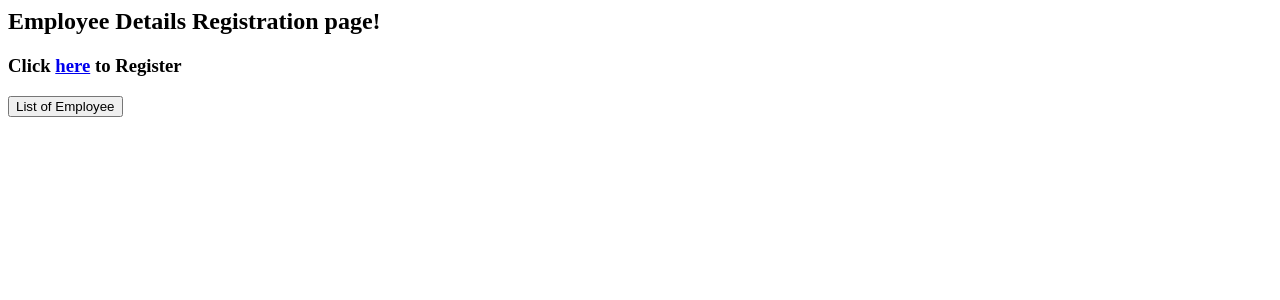
Repository: michelrenish/Spring_Programs
Page: http://localhost/web_mvc_emp/
The author's editor kept a copy of each file at every save. The page is drawn from the files as they stood at one save, then again after the next save.
The browser window is 1280 px wide. The pictures show the whole page.
The page is served by Tomcat 10.

Above is the page before, as saved 2024-11-10 10:47:27.

After the next save:
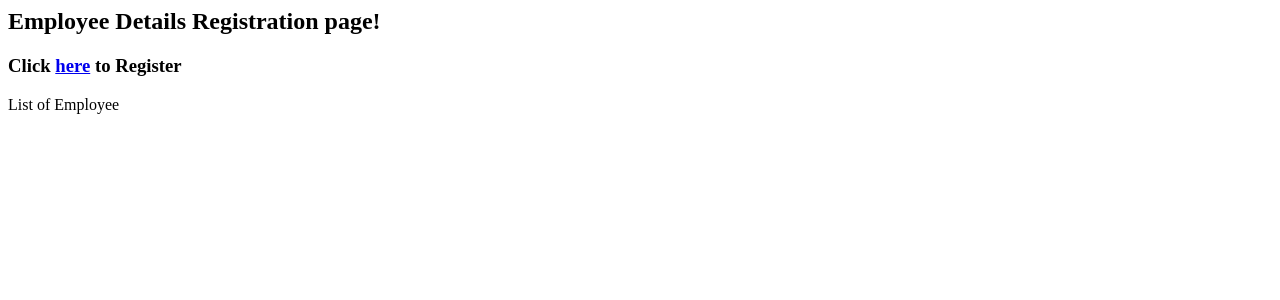
Saved 72 s later.
--- a/web_mvc_emp/src/main/webapp/index.jsp
+++ b/web_mvc_emp/src/main/webapp/index.jsp
@@ -2,8 +2,8 @@
 <body>
 <h2><%= "Employee Details Registration page!" %></h2>
 <h3>Click <a href="login">here</a> to Register</h3>
-<form action="List">
-<button>List of Employee</button>
+
+<a>List of Employee</a>
 </form>
 </body>
 </html>
